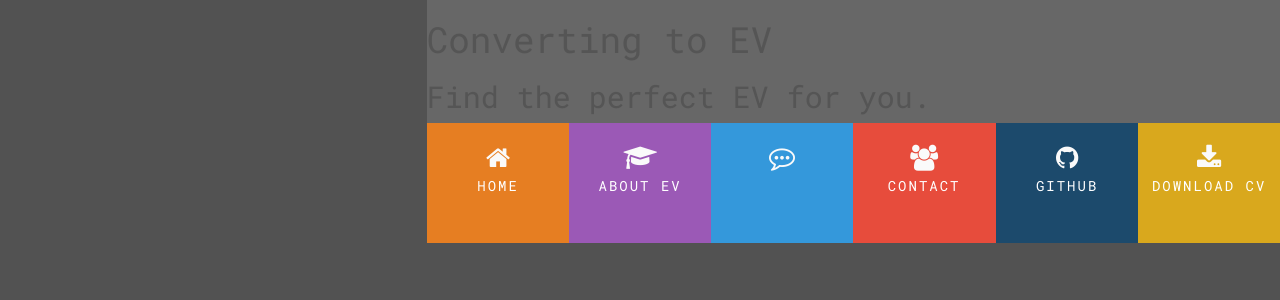
Repository: gnisco/2nd-project
Page: index.html
The author's editor kept a record of every edit. The page is drawn from the files as they stood at one moment, then again after the next edit.
The browser window is 1280 px wide. The pictures show the whole page.
Some web libraries are served in a nearby version.

Above is the page before.

### index.html
<!DOCTYPE html>
<html lang="en">
<head>
    <link rel="stylesheet" href="https://maxcdn.bootstrapcdn.com/bootstrap/3.3.7/css/bootstrap.min.css" type="text/css" />
    <link rel="stylesheet" href="https://maxcdn.bootstrapcdn.com/font-awesome/4.7.0/css/font-awesome.min.css" type="text/css" />
    <link rel="stylesheet" href="https://cdnjs.cloudflare.com/ajax/libs/hover.css/2.1.1/css/hover-min.css" type="text/css" />
    <link rel="stylesheet" href="assets/css/style.css" type="text/css" />
    <title>Convert to EV</title>
</head>

<body>
    <header class="container-fluid">
        <div class="row">
            <a href="index.html">
                <div class="col-md-4 logo"></div>
            </a>
            <div class="col-md-8">
                <div class="row bg-color-name-title">
                    <div class="heading">
                        <h1 class="name">Converting to EV</h1>
                        <h2 class="title">Find the perfect EV for you.</h2>
                    </div>
                </div>
                <div class="row">
                    <ul id="nav" class="list-inline clearfix">
                        <li class="col-xs-6 col-sm-2 ui-menu-color-home menuitem">
                            <a href="index.html" class="hvr-sweep-to-bottom"><i class="fa fa-home" aria-hidden="true"></i><span>Home</span></a>
                        </li>
                        <li class="col-xs-6 col-sm-2 ui-menu-color-resume menuitem">
                            <a href="resume.html" class="hvr-sweep-to-bottom"><i class="fa fa-graduation-cap" aria-hidden="true"></i><span>About EV</span></a>
                        </li>
                        <li class="col-xs-6 col-sm-2 ui-menu-color-contact menuitem">
                            <a href="contact.html" class="hvr-sweep-to-bottom"><i class=" fa fa-commenting-o" aria-hidden="true"></i><span></span></a>
                        </li>
                        <li class="col-xs-6 col-sm-2 ui-menu-color-interests menuitem">
                            <a href="interests.html" class="hvr-sweep-to-bottom"><i class="fa fa-users" aria-hidden="true"></i><span>Contact</span></a>
                        </li>
                        <li class="col-xs-6 col-sm-2 ui-menu-color-github menuitem">
                            <a href="github.html" class="hvr-sweep-to-bottom"><i class="fa fa-github" aria-hidden="true"></i><span>GitHub</span></a>
                        </li>
                        <li class="col-xs-6 col-sm-2 ui-menu-color-download menuitem">
                            <a href="assets/cv/sample-cv.pdf" target="_blank" class="hvr-sweep-to-bottom"><i class="fa fa-download" aria-hidden="true"></i><span>Download CV</span></a>
                        </li>
                    </ul>
                </div>
            </div>
        </div>
    </header>

</body>
</html>

### assets/css/style.css
@import url('https://fonts.googleapis.com/css?family=Roboto+Mono&display=swap');

#nav {
    margin: 0;
}

#nav li {
    padding: 0;
}

.menuitem {
    height: 120px;
    text-align: center;
    padding: 0;
}

.menuitem a {
    width: 100%;
    text-decoration: none;
    color: #ffffff;
    height: 120px;
}


.menuitem a i {
    padding-top: 22px;
    display: block;
    color: #fafafa;
    font-size: 26px;
}

.menuitem span {
    display: block;
    width: 100%;
    padding-top: 5px;
    text-align: center;
    text-transform: uppercase;
    font-size: 14px;
    font-weight: 300;
    letter-spacing: 2px;
}


/*--------------------------------------------Hover.css*/

.hvr-sweep-to-bottom:before {
    background: rgba(0, 0, 0, 0.2);
    height: 120px;
}

/*--------------------------------------------Colors*/

.bg-color-name-title {
    background-color: #676767;
}

.bg-color-three-reasons {
    background-color: #ffffff;
}

.bg-color-personal-info {
    background-color: #f4f4f4;
}

.bg-color-skills {
    background-color: #ffffff;
}

.bg-color-work-history {
    background-color: #9b59b6;
}

.bg-color-contact {
    background-color: #ffffff;
}

.bg-color-conferences {
    background-color: #f4f4f4;
}

.bg-color-groups {
    background-color: #ffffff;
}

.ui-menu-color-home {
    background-color: #e67e22;
}

.ui-menu-color-resume {
    background-color: #9b59b6;
}

.ui-menu-color-contact {
    background-color: #3498db;
}

.ui-menu-color-download {
    background-color: #d9a81d;
}


.ui-menu-color-github {
    background-color: #1c4a6c;
}

.ui-menu-color-interests {
    background-color: #e74c3c;
}




body {
    font-family: Roboto Mono, sans-serif;
    font-weight: 200;
    background-color: #525252;
    color: #555555;
}

After the next edit:
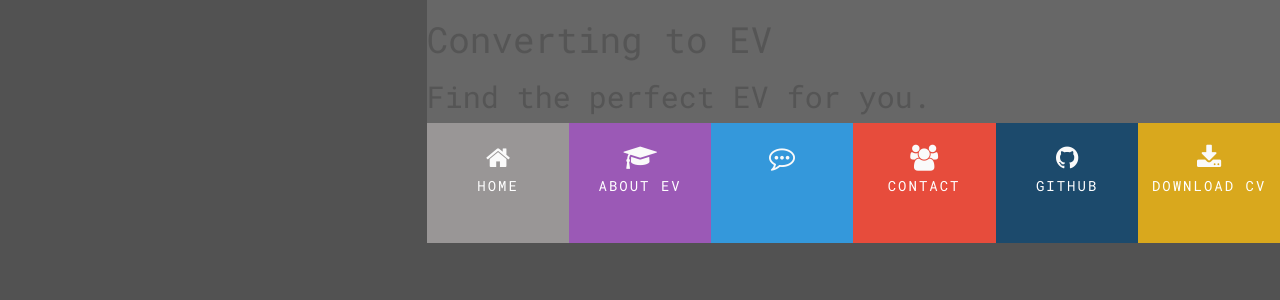
The edit:
--- a/assets/css/style.css
+++ b/assets/css/style.css
@@ -83,7 +83,7 @@
 }
 
 .ui-menu-color-home {
-    background-color: #e67e22;
+    background-color: #999696;
 }
 
 .ui-menu-color-resume {
